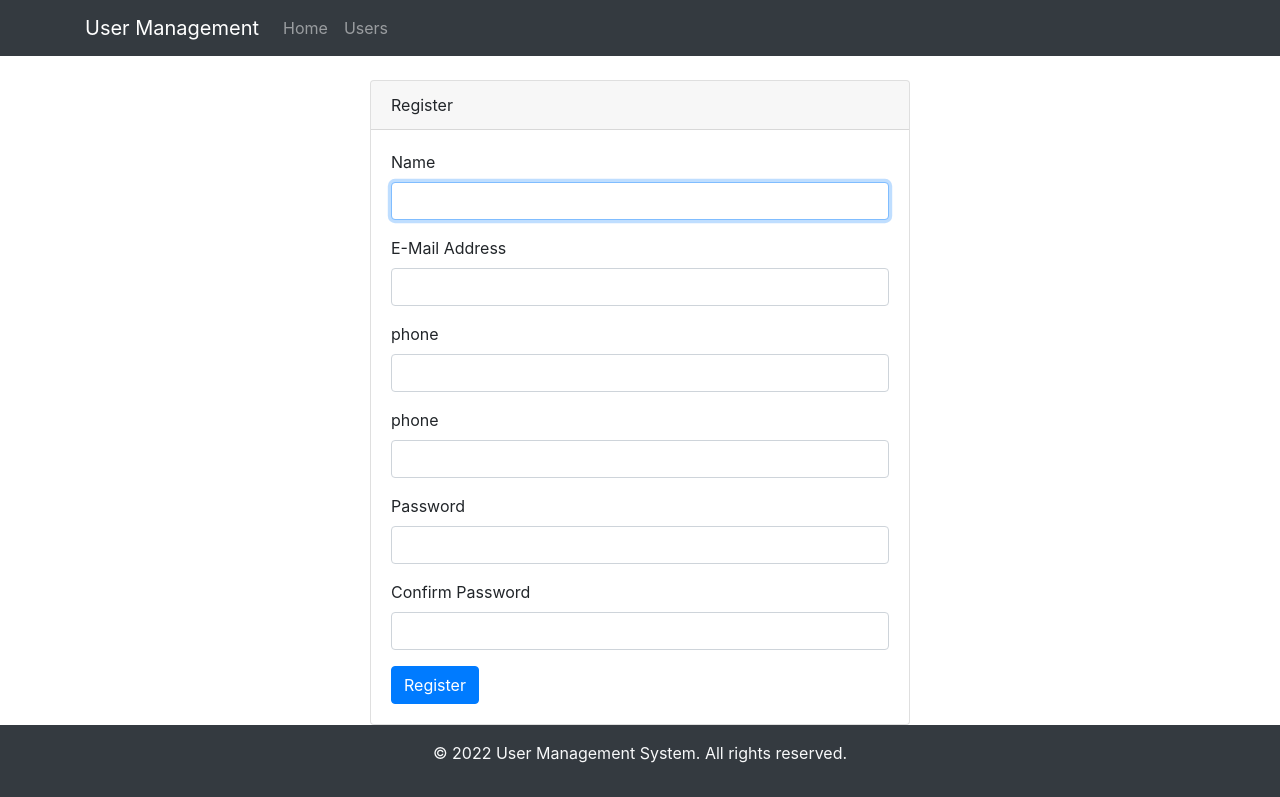
Repository: Tauqeer124/usermanagemet
Page: http://localhost/register
The author's editor kept a copy of each file at every save. The page is drawn from the files as they stood at one save, then again after a run of saves.
The browser window is 1280 px wide. The pictures show the whole page.
The page is served by the project's Laravel application, run on PHP 8.4 with Laravel 8. Other server files are loaded and not shown.

Above is the page before, as saved 2023-07-24 11:18:46.

### routes/web.php
<?php

use Illuminate\Support\Facades\Route;
use App\Http\Controllers\AuthController;
use App\Http\Controllers\UserController;

/*
|--------------------------------------------------------------------------
| Web Routes
|--------------------------------------------------------------------------
|
| Here is where you can register web routes for your application. These
| routes are loaded by the RouteServiceProvider within a group which
| contains the "web" middleware group. Now create something great!
|
*/

Route::get('/', function () {
    return view('welcome');
});

Route::get('/register', [AuthController::class, 'register']);
Route::post('/register', [AuthController::class, 'registeruser'])->name('register');
Route::get('/login', [AuthController::class, 'login'])->name('login');
Route::post('/login', [AuthController::class, 'loginuser']);
Route::get('/users', [UserController::class, 'index'])->name('users');
Route::get('/users/{id}', [UserController::class, 'show'])->name('user.show');

### app/Http/Controllers/AuthController.php
<?php

namespace App\Http\Controllers;

use App\Models\User;
use Illuminate\Http\Request;

class AuthController extends Controller
{
    public function register()
    {
        return view('auth.register');
    }

    public function registeruser(Request $request)
    {
        $request->validate([
            'name' => 'required|string|max:255',
            'email' => 'required|email|unique:users',
            'password' => 'required|string|min:6',
            'phone' => 'required|string',
            'country' => 'required|string',
        ]);

        $user = User::create([
            'name' => $request->name,
            'email' => $request->email,
            'password' => Hash::make($request->password),
            'phone' => $request->phone,
            'country' => $request->country,
        ]);

        Mail::to($user->email)->send(new WelcomeEmail($user)); // Send welcome email


    }
}

### resources/views/auth/register.blade.php
@extends('layouts.app')

@section('content')
    <!-- Registration Form -->
    <div class="row justify-content-center">
        <div class="col-md-6">
            <div class="card">
                <div class="card-header">{{ __('Register') }}</div>
                <div class="card-body">
                    <form method="POST" action="{{ route('register') }}">
                        @csrf

                        <div class="form-group">
                            <label for="name">{{ __('Name') }}</label>
                            <input id="name" type="text" class="form-control @error('name') is-invalid @enderror" name="name"  required autocomplete="name" autofocus>
                            @error('name')
                                <span class="invalid-feedback" role="alert">
                                    <strong>{{ $message }}</strong>
                                </span>
                            @enderror
                        </div>

                        <div class="form-group">
                            <label for="email">{{ __('E-Mail Address') }}</label>
                            <input id="email" type="email" class="form-control @error('email') is-invalid @enderror" name="email" required autocomplete="email">
                            @error('email')
                                <span class="invalid-feedback" role="alert">
                                    <strong>{{ $message }}</strong>
                                </span>
                            @enderror
                        </div>
                        <div class="form-group">
                            <label for="phone">{{ __('phone') }}</label>
                            <input id="phone" type="text" class="form-control @error('phone') is-invalid @enderror" name="phone" required autocomplete="email">
                            @error('phone')
                                <span class="invalid-feedback" role="alert">
                                    <strong>{{ $message }}</strong>
                                </span>
                            @enderror
                        </div>
                        <div class="form-group">
                            <label for="phone">{{ __('phone') }}</label>
                            <input id="phone" type="text" class="form-control @error('phone') is-invalid @enderror" name="phone" required autocomplete="email">
                            @error('country')
                                <span class="invalid-feedback" role="alert">
                                    <strong>{{ $message }}</strong>
                                </span>
                            @enderror
                        </div>

                        <div class="form-group">
                            <label for="password">{{ __('Password') }}</label>
                            <input id="password" type="password" class="form-control @error('password') is-invalid @enderror" name="password" required autocomplete="new-password">
                            @error('password')
                                <span class="invalid-feedback" role="alert">
                                    <strong>{{ $message }}</strong>
                                </span>
                            @enderror
                        </div>

                        <div class="form-group">
                            <label for="password-confirm">{{ __('Confirm Password') }}</label>
                            <input id="password-confirm" type="password" class="form-control" name="password_confirmation" required autocomplete="new-password">
                        </div>

                        <button type="submit" class="btn btn-primary">{{ __('Register') }}</button>
                    </form>
                </div>
            </div>
        </div>
    </div>
@endsection

### resources/views/layouts/app.blade.php
<!DOCTYPE html>
<html>
<head>
    <title>User Management System</title>
    <!-- Add Bootstrap CSS -->
    <link rel="stylesheet" href="https://stackpath.bootstrapcdn.com/bootstrap/4.5.2/css/bootstrap.min.css">

    <link rel="stylesheet" href="{{ asset('css/bootstrap.min.css') }}">
    <!-- Add your custom CSS if needed -->
    <link rel="stylesheet" href="{{ asset('css/styles.css') }}">
</head>
<body>
    <!-- Header -->
    <header>
        <nav class="navbar navbar-expand-lg navbar-dark bg-dark">
            <div class="container">
                <a class="navbar-brand" href="/">User Management</a>
                <button class="navbar-toggler" type="button" data-toggle="collapse" data-target="#navbarNav" aria-controls="navbarNav" aria-expanded="false" aria-label="Toggle navigation">
                    <span class="navbar-toggler-icon"></span>
                </button>
                <div class="collapse navbar-collapse" id="navbarNav">
                    <ul class="navbar-nav">
                        <li class="nav-item">
                            <a class="nav-link" href="/">Home</a>
                        </li>
                        <li class="nav-item">
                            <a class="nav-link" href="/users">Users</a>
                        </li>
                        <!-- Add more menu items as needed -->
                    </ul>
                </div>
            </div>
        </nav>
    </header>

    <!-- Content Section -->
    <main class="container mt-4">
        @yield('content')
    </main>

    <!-- Footer -->
    <footer class="footer bg-dark text-light text-center py-3">
        <p>&copy; {{ date('Y') }} User Management System. All rights reserved.</p>
    </footer>

    <!-- Add Bootstrap JS and your custom JS if needed -->
    <script src="{{ asset('js/bootstrap.min.js') }}"></script>
    <script src="{{ asset('js/scripts.js') }}"></script>
</body>
</html>

Loaded but not shown: app/Http/Controllers/Controller.php (common file)

After the next 2 saves:
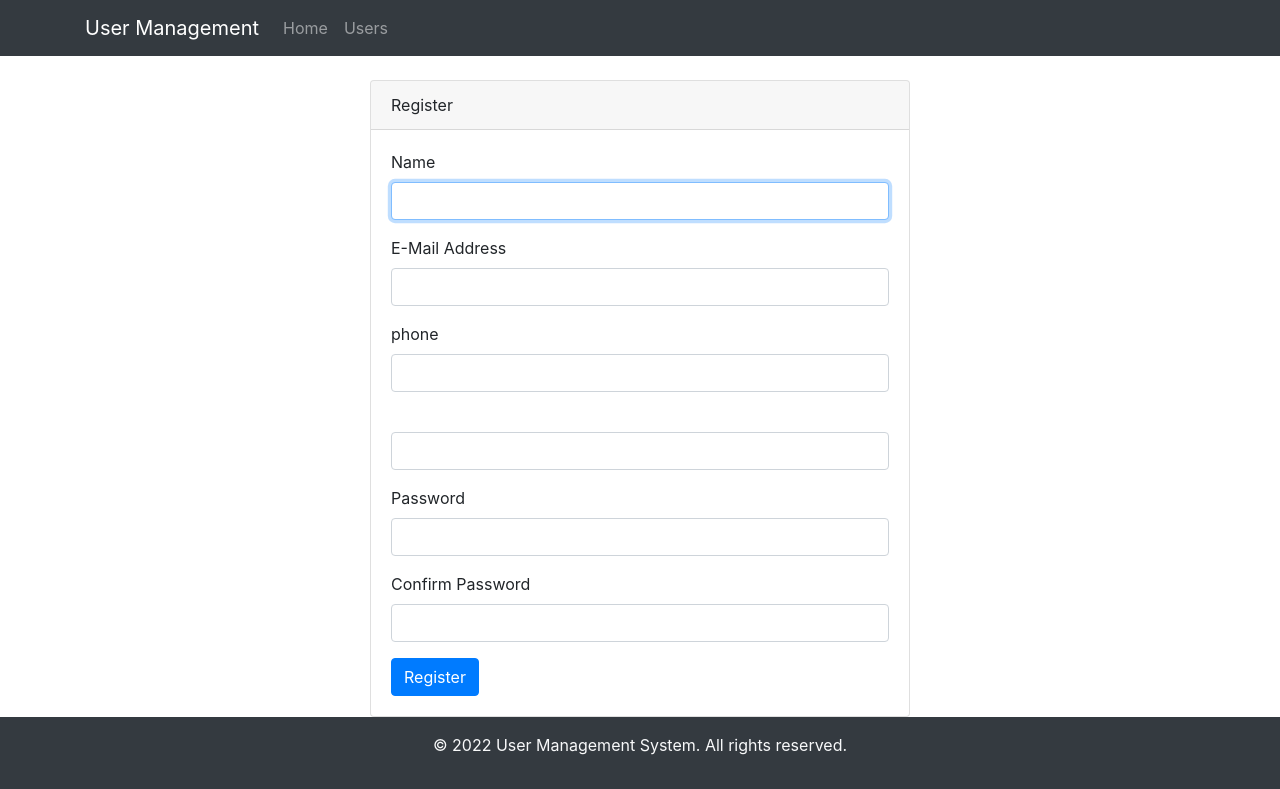
The 2 saves are shown as one change because they came seconds apart.
The last was saved 13 s later.
--- a/resources/views/auth/register.blade.php
+++ b/resources/views/auth/register.blade.php
@@ -39,7 +39,7 @@
                             @enderror
                         </div>
                         <div class="form-group">
-                            <label for="phone">{{ __('phone') }}</label>
+                            <label for="country">{{ __('') }}</label>
                             <input id="phone" type="text" class="form-control @error('phone') is-invalid @enderror" name="phone" required autocomplete="email">
                             @error('country')
                                 <span class="invalid-feedback" role="alert">

After the 2 saves that followed:
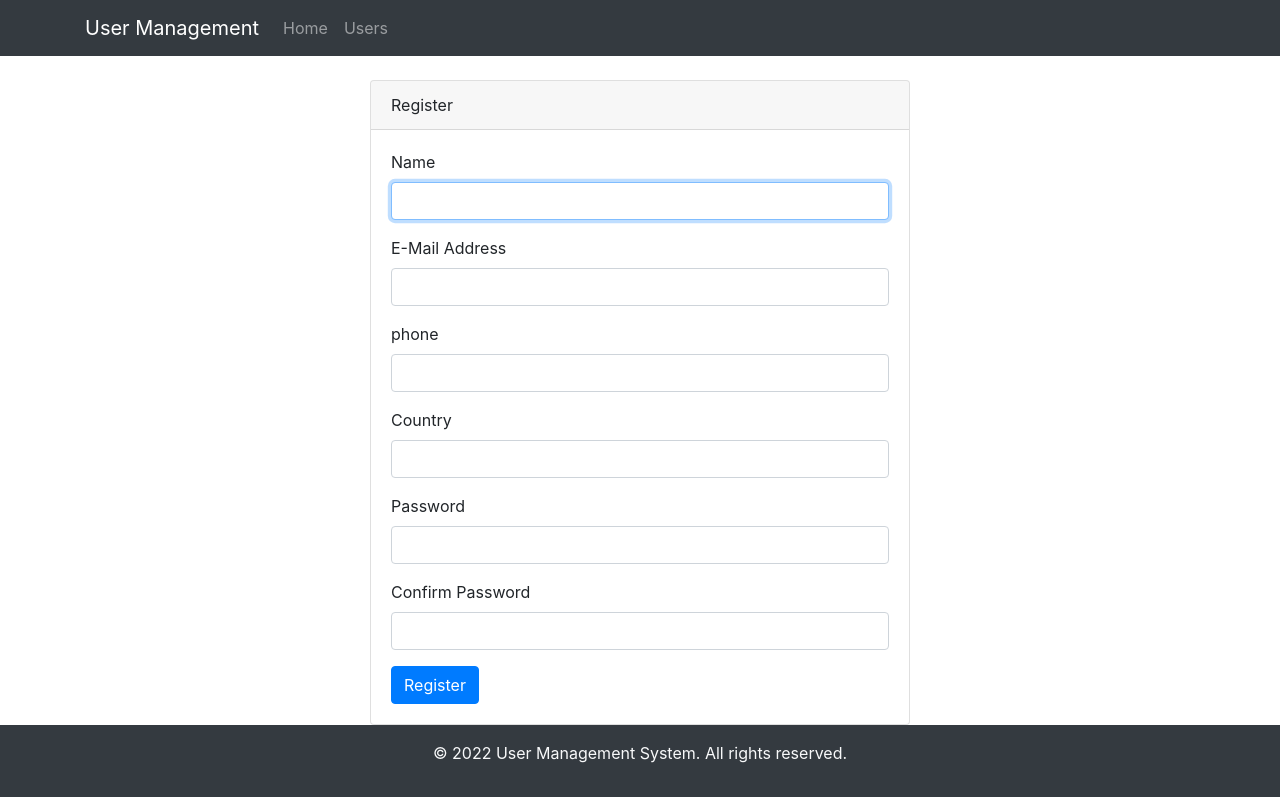
The 2 saves are shown as one change because they came seconds apart.
The last was saved 7 s later.
--- a/resources/views/auth/register.blade.php
+++ b/resources/views/auth/register.blade.php
@@ -39,7 +39,7 @@
                             @enderror
                         </div>
                         <div class="form-group">
-                            <label for="country">{{ __('') }}</label>
+                            <label for="country">{{ __('Country') }}</label>
                             <input id="phone" type="text" class="form-control @error('phone') is-invalid @enderror" name="phone" required autocomplete="email">
                             @error('country')
                                 <span class="invalid-feedback" role="alert">
